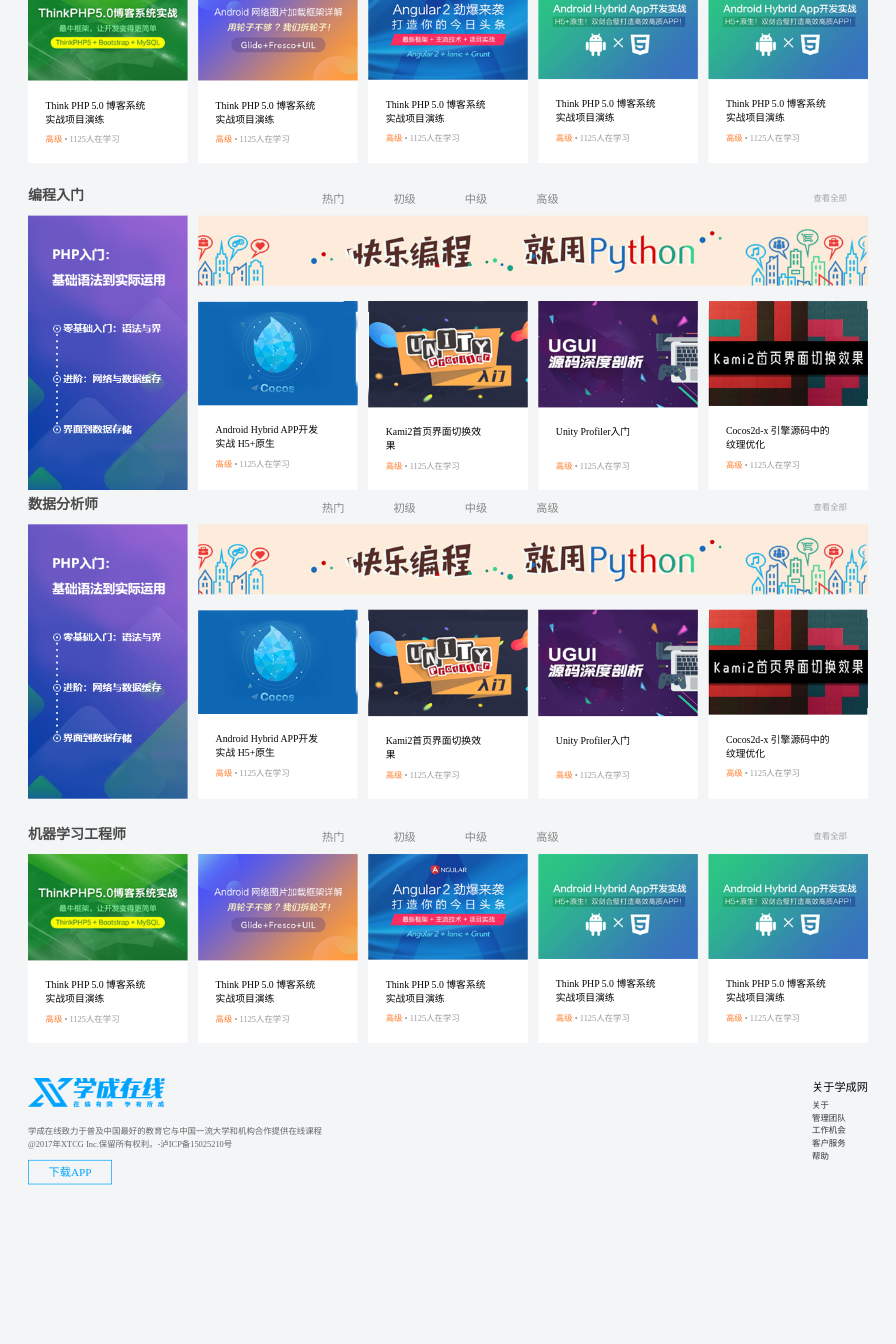
Repository: ywq0312/XueCheng
Page: index.html
The author's editor kept a copy of each file at every save. The page is drawn from the files as they stood at one save, then again after a run of saves.
The browser window is 1280 px wide. The pictures show the part of the page from y = 990 to 2910 px (the page is 2910 px tall), at 70% of full size.

Above is the page before, as saved 2021-05-19 15:27:45.

After the next 2 saves:
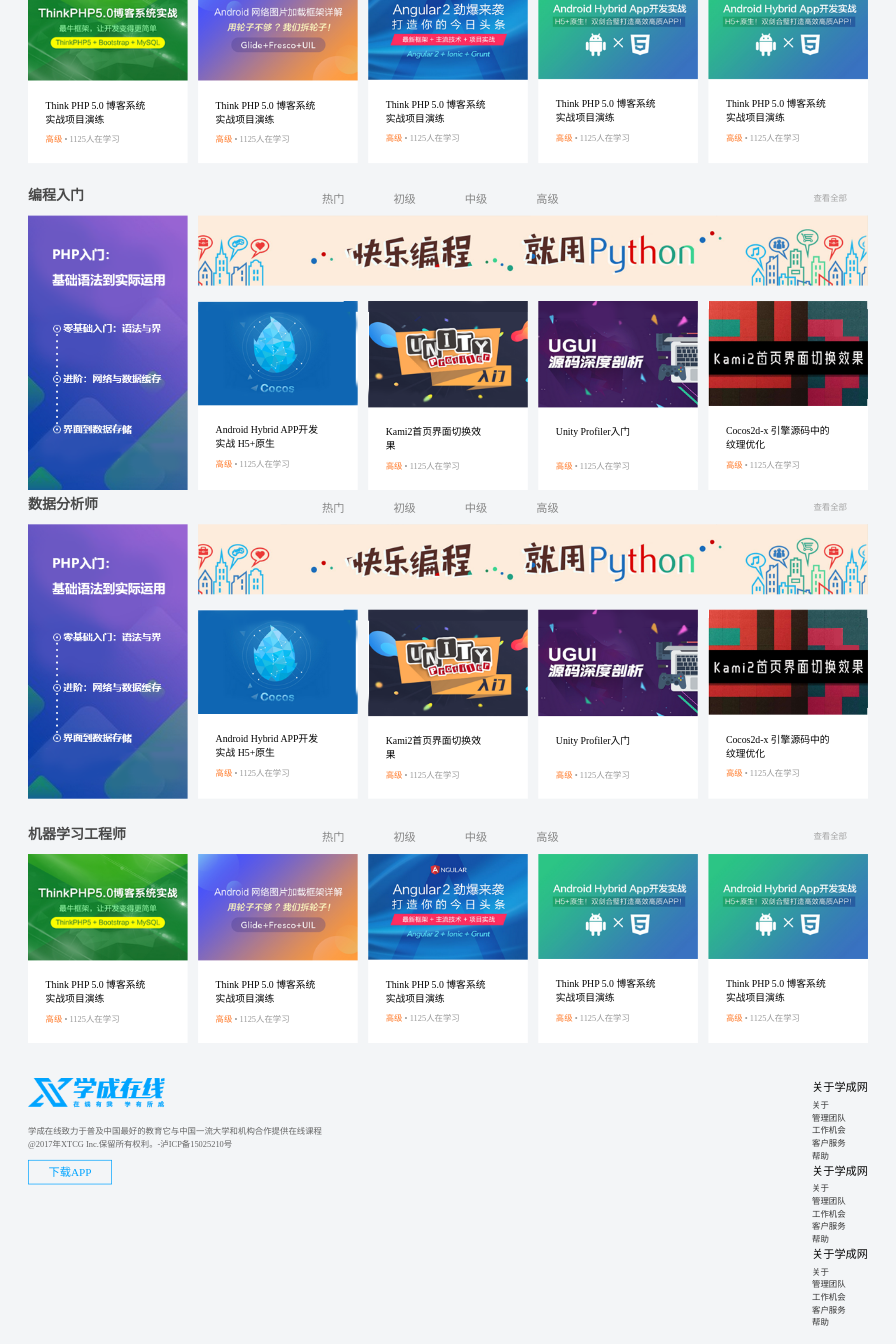
The 2 saves are shown as one change because they came seconds apart.
The last was saved 23 s later.
--- a/index.html
+++ b/index.html
@@ -433,6 +433,22 @@
                     <dd><a href="#">客户服务</a></dd>
                     <dd><a href="#">帮助</a></dd>
                 </dl>
+                <dl>
+                    <dt><a href="#">关于学成网</a></dt>
+                    <dd><a href="#">关于</a></dd>
+                    <dd><a href="#">管理团队</a></dd>
+                    <dd><a href="#">工作机会</a></dd>
+                    <dd><a href="#">客户服务</a></dd>
+                    <dd><a href="#">帮助</a></dd>
+                </dl>
+                <dl>
+                    <dt><a href="#">关于学成网</a></dt>
+                    <dd><a href="#">关于</a></dd>
+                    <dd><a href="#">管理团队</a></dd>
+                    <dd><a href="#">工作机会</a></dd>
+                    <dd><a href="#">客户服务</a></dd>
+                    <dd><a href="#">帮助</a></dd>
+                </dl>
             </div>
         </div>
     </div>
